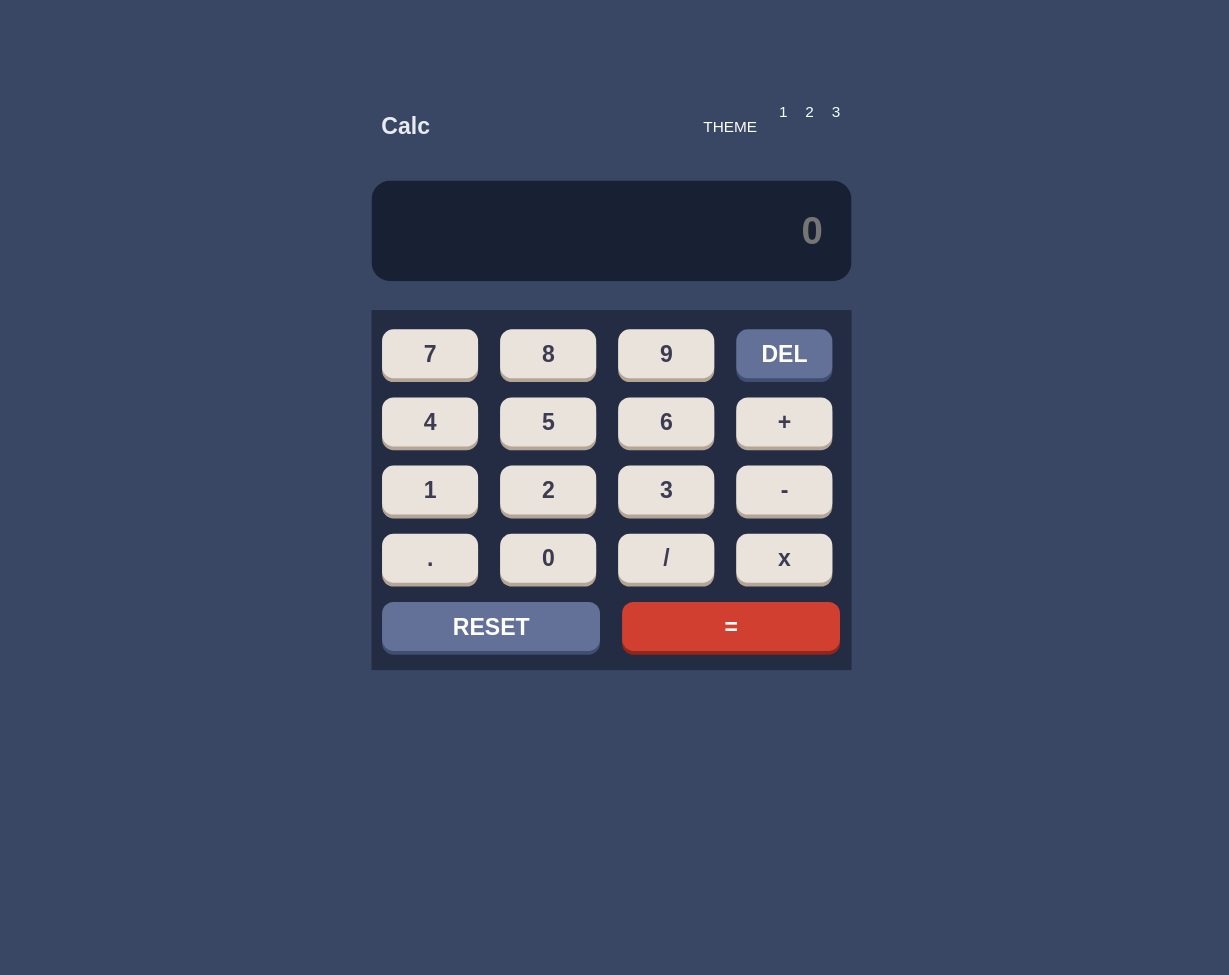
Repository: Bakyproit/Calcutor
Page: index.html
These files come from the project's save history. The page is drawn as it stood at one moment and after the next save; the edit follows.
The browser window is 1280 px wide. The pictures show the whole page, at 96% of full size.

Above is the page before, as saved 2022-02-11 17:35:27.

After the next save:
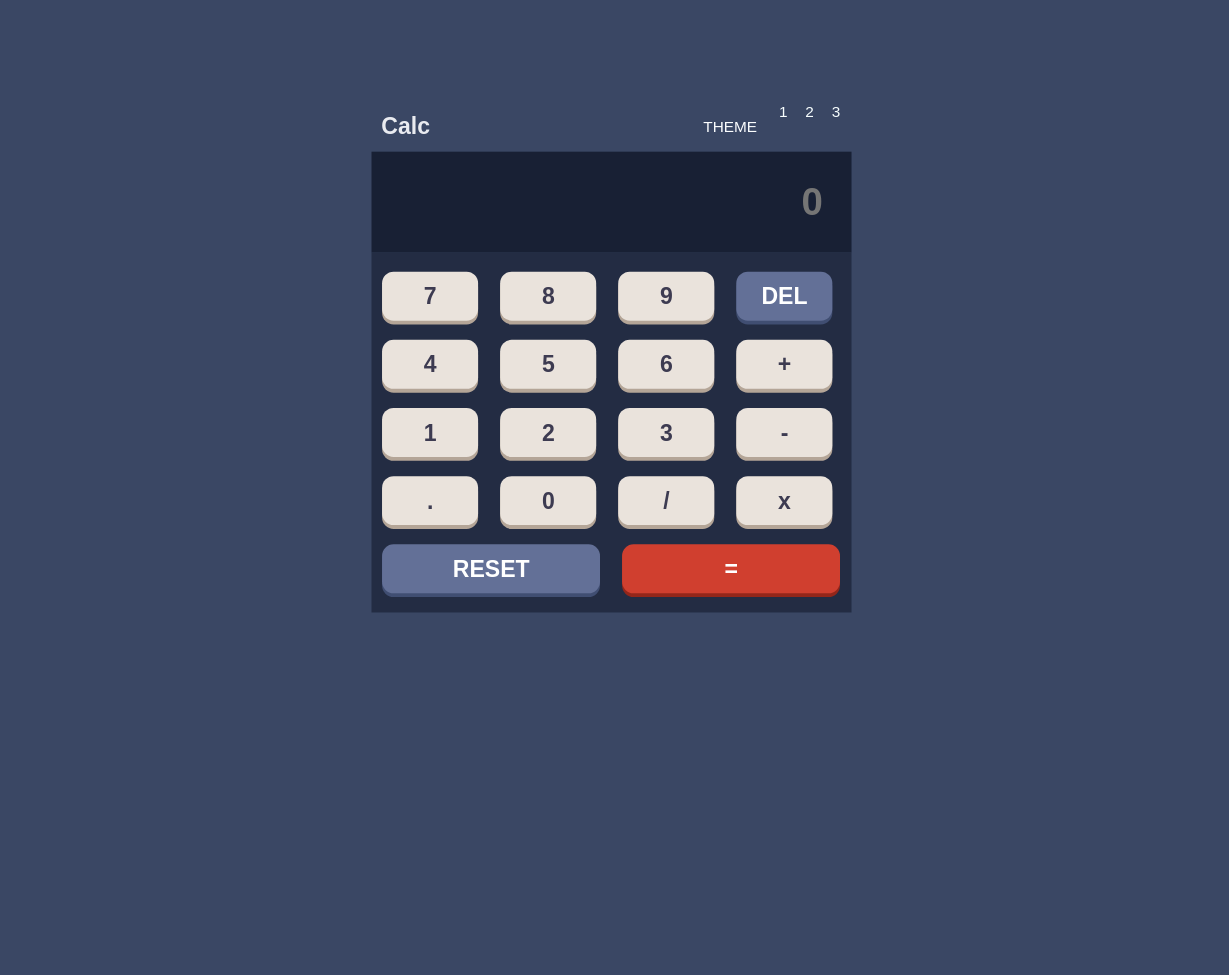
Saved 17 s later.
--- a/App.css
+++ b/App.css
@@ -78,7 +78,7 @@ body.active3{
     padding-top: 2px;
     padding-left: 5px;
 }
-.toggle__checkbox{
+/* .toggle__checkbox{
     display: none;
 }
 .toggle__bar{
@@ -103,7 +103,7 @@ body.active3{
 }
 .toggle__checkbox:checked + .toggle__bar .toggle__spin {
     transform: translateX(1.3rem);
-}
+} */
 
 
 .app__result{

After the 3 saves that followed:
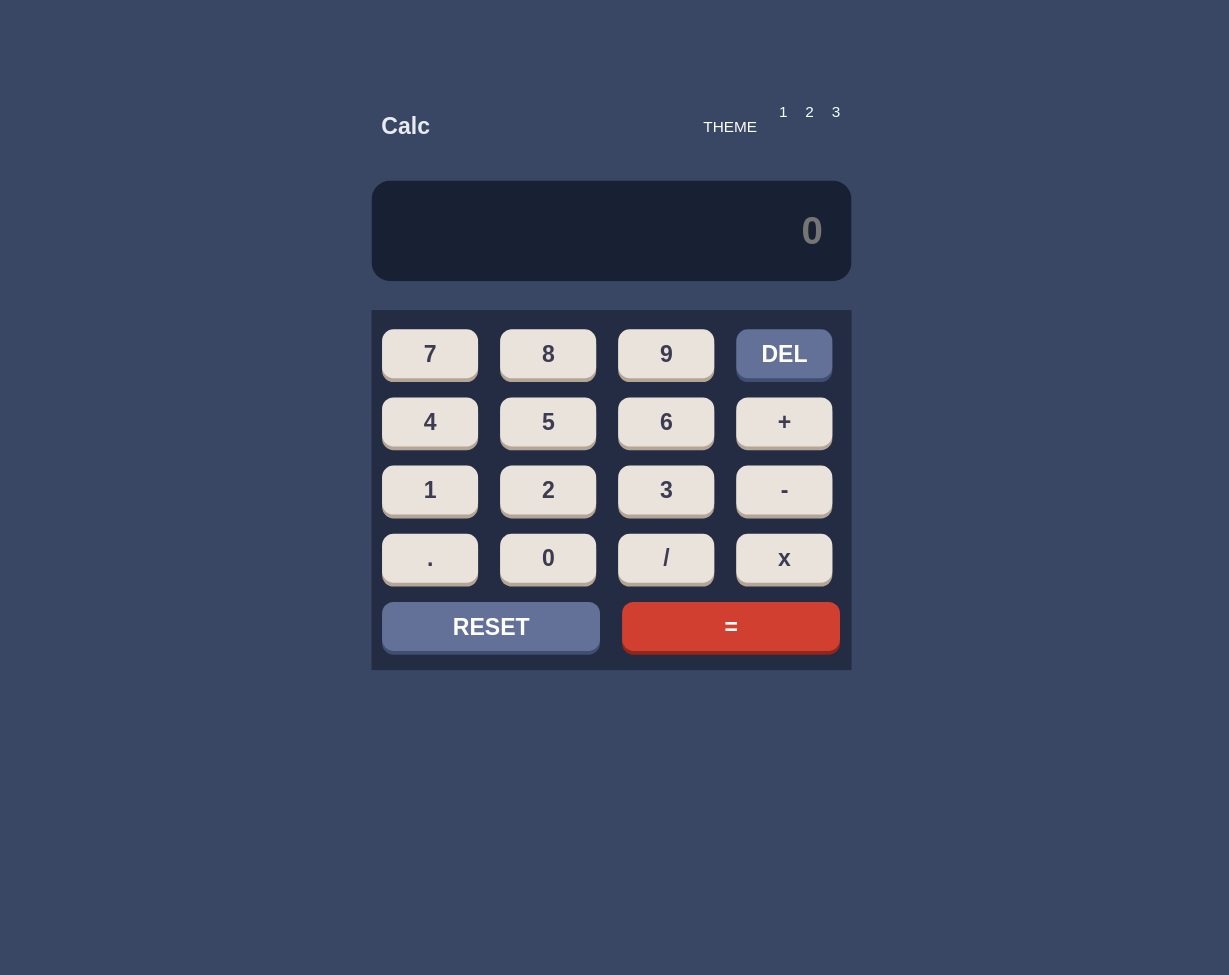
The 3 saves are shown as one change because 2 left the picture as it was.
The last was saved 16 s later.
--- a/App.css
+++ b/App.css
@@ -87,10 +87,10 @@ body.active3{
     background-color: hsl(223, 31%, 20%);
     border-radius: 5rem;
     /* transition: background-color 4s linear; */
-    padding: 6px;
+    /* padding: 6px;
     cursor: pointer;
-}
-.toggle__spin{
+} */
+/* .toggle__spin{
     width: 15px;
     height: 15px;
     background-color:  hsl(6, 63%, 50%);
